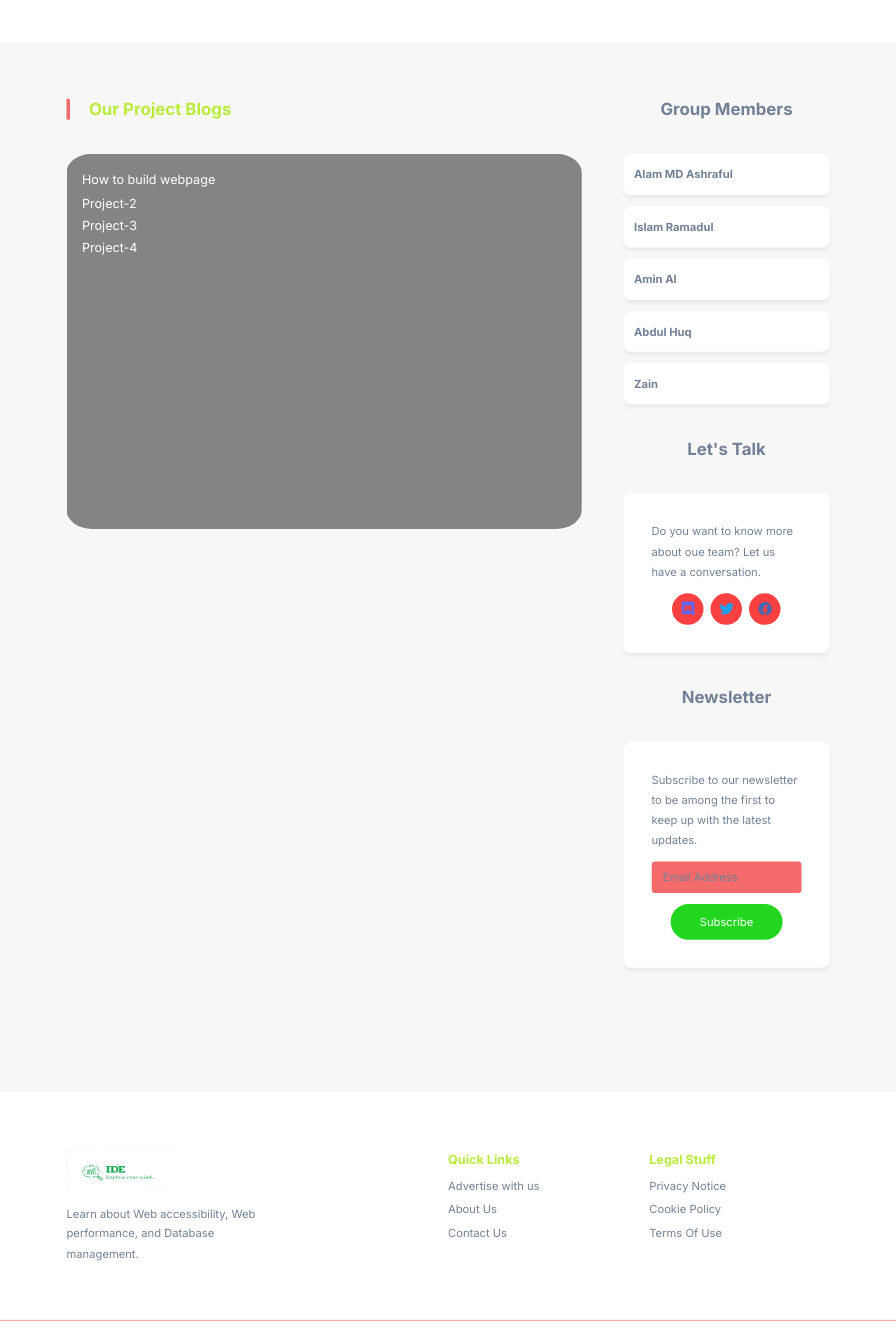
Repository: ramizraaz/zjuTeam
Page: main.html
The author's editor kept a copy of each file at every save. The page is drawn from the files as they stood at one save, then again after the next save.
The browser window is 1280 px wide. The pictures show the part of the page from y = 492 to 2392 px (the page is 2435 px tall), at 70% of full size.
A picture or video elsewhere on the page could not be fetched, so the positions and the page height are approximate.

Above is the page before, as saved 2023-10-22 22:14:25.

After the next save:
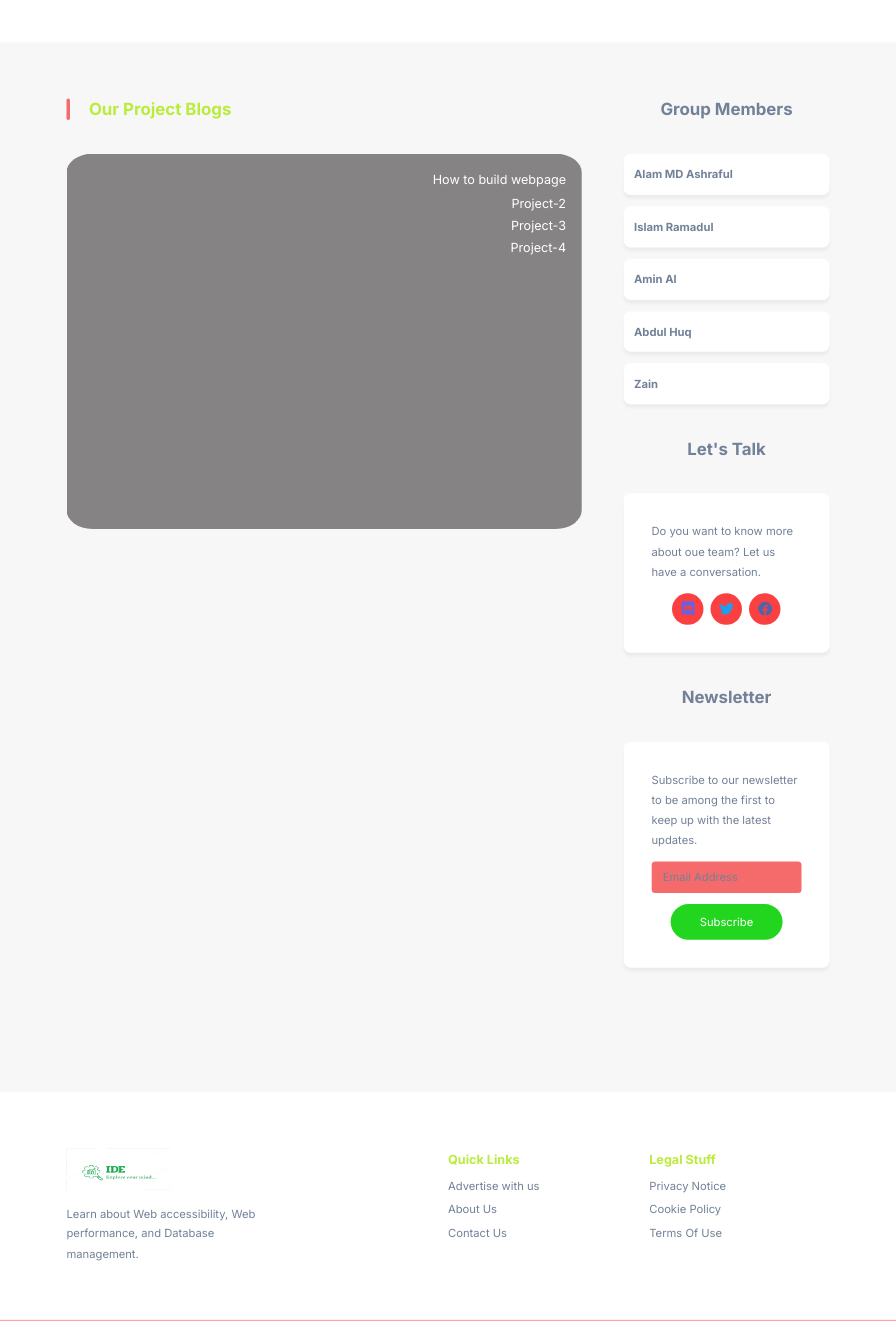
Saved 14 s later.
--- a/main.css
+++ b/main.css
@@ -382,6 +382,10 @@ header .btn-group {
     transition: 0.3s;
 }
 
+.sidebar li {
+    text-align: right;
+}
+
 .sidebar a {
     text-decoration: none;
     color: #fff;
